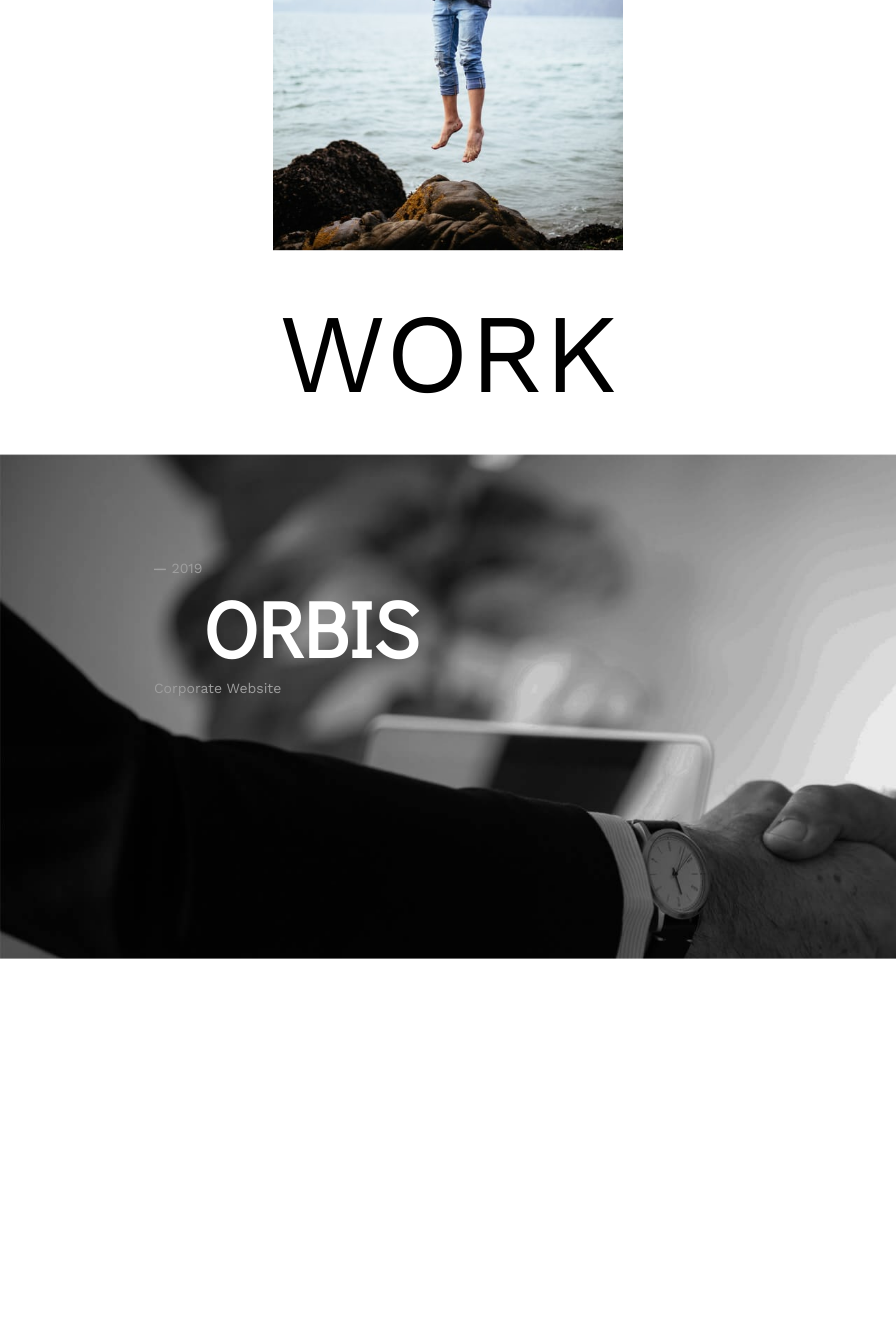
Repository: m0lt/DigitalDesigner
Page: index.html
An editor plug-in stored every save of this project. The page is shown before and after the next save, followed by the edit.
The browser window is 1280 px wide. The pictures show the part of the page from y = 759 to 2679 px (the page is 2848 px tall), at 70% of full size.
Backgrounds fixed to the window are drawn as part of the page.

Above is the page before, as saved 2025-07-08 10:56:28.

After the next save:
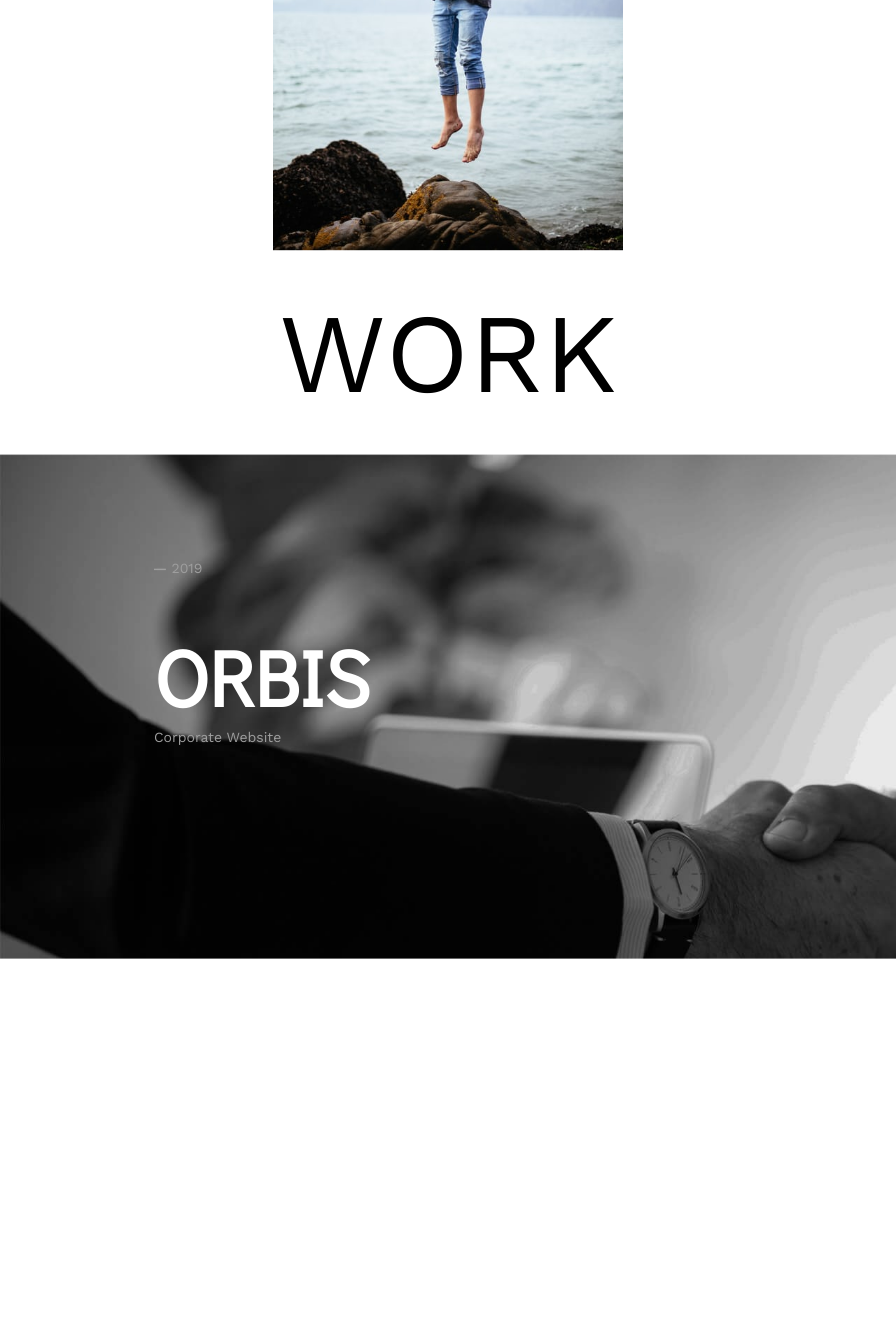
Saved 14 s later.
--- a/assets/css/styles.css
+++ b/assets/css/styles.css
@@ -41,7 +41,7 @@ h1 {
 h2 {
   font-family: "Didact Gothic";
   font-size: 112px;
-  padding: 0 0 0 70px;
+  padding: 70px 0 0 0;
 }
 
 .content {
